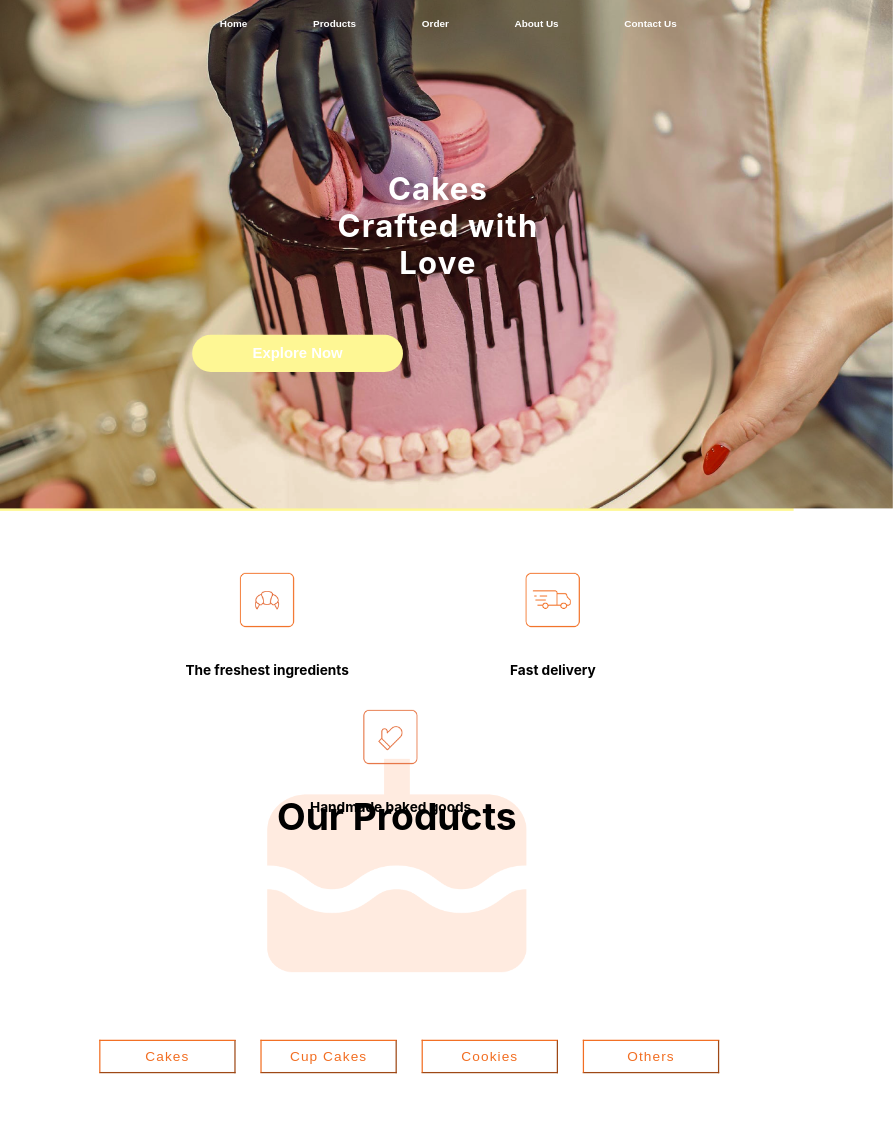
Repository: MEROO1010/cake-box
Page: /
The author's editor kept a copy of each file at every save. The page is drawn from the files as they stood at one save, then again after a run of saves.
The browser window is 1280 px wide. The page is 1440 px wide, so the pictures cover 1440 px, including what lies to the right of the window. The pictures show the whole page, at 62% of full size.
The project was rebuilt for these pictures with package versions that can differ from the ones it lists, and the page was loaded fresh each time.

Above is the page before, as saved 2023-11-10 09:28:03.

### src/App.js
import './App.css';
import HomePage from './components/HomePage';
import Products from './components/Products';

function App() {
  return (
    <div className="App">
      <HomePage/>
      <Products/>
    </div>
  );
}

export default App;

### src/components/HomePage.jsx
import React from 'react';
import homePageImage from '../images/HomePage.png';
import logo from '../images/cake box.png'
import styled from 'styled-components';

const HomePage = () => {
  return (
    <Container>
      <IMAGE>
        <img src={homePageImage} alt='Home Page' />
      </IMAGE>

      {/*add the logo*/}
      <LOGO>
        <img src={logo} alt="logo design" />
      </LOGO>

      {/*Add the header*/}
      <ListWrapper>
      <ul>
        <ListItem>
          <ListLink href="#">Home</ListLink>
        </ListItem>
        <ListItem>
          <ListLink href="#">Products</ListLink>
        </ListItem>
        <ListItem>
          <ListLink href="#">Order</ListLink>
        </ListItem>
        <ListItem>
          <ListLink href="#">About Us</ListLink>
        </ListItem>
        <ListItem>
          <ListLink href="#">Contact Us</ListLink>
        </ListItem>
      </ul>
    </ListWrapper>


      {/*Add the h1*/}
      <MainTitle>
      <div>
        <h1>Cakes Crafted with Love</h1>
      </div>
      </MainTitle>

      {/*Add the Button*/}
      <ExploreNow>
        <button>Explore Now</button>
      </ExploreNow>
    </Container>
  );
};

export default HomePage;

const Container = styled.div`
`

const IMAGE = styled.div`
 max-width:100%;
 width: 100%;
 height: 100%;
 background-size: cover;
 background-position: center;
 background-repeat: no-repeat;
 background-color:#FEF794;
`

const LOGO = styled.div `
   position: absolute;
  top: 16px;
  right: 860px;
  padding-left:40px;
  width: 1015px;
  height: 519px;
  object-fit: cover;
`

const ListWrapper = styled.div`
  font-family: Arial, sans-serif;
  font-weight: bold;
  margin: 0;
  padding: 0;
  position: absolute;
  top: 0;
  left: 0;
  width: 100%;
`;

const ListItem = styled.li`
  list-style: none;
  display: inline-block;
  margin-right: 80px;
  padding-left:6px;
  top:14px;
  left:100px;
  position: relative;
`;

const ListLink = styled.a`
  text-decoration: none;
  color: #fff;
  padding: 5px 10px;


  &:hover {
    color: #FEF794;
  }
`;

const MainTitle = styled.div `
position: absolute;
  top: 240px;
  left: 533px;
  font-size: 25px;
  letter-spacing: 0.08em;
  font-weight: 800;
  color: #fff;
  display: inline-block;
  width: 347px;
  text-shadow: 9px 4px 4px rgba(0, 0, 0, 0.25);

`

const ExploreNow = styled.div`
  button{
    position: absolute;
    margin:500px 620px ;
    top:40px;
    right:10px;
    color:black;
    width:340px;
    height:60px;
    border-radius:40px;
    background-color:#FEF794;
    border:none;
    font-size:24px;
    font-weight:bold;
    color:white;
    cursor: pointer;
  }
`;

### src/components/Products.jsx
import React from 'react'
import styled from 'styled-components';
import CAKEVECTOR from '../images/cake_vector.png'
import CROISSANT from '../images/croissant.png'
import CAR from '../images/car.png'
import GLAVES from '../images/glaves.png'



const Products = () => {
  return (
    <Container>
      <CakeVector>
         <img src={CAKEVECTOR} alt=''/>
         <h1>Our Products</h1>
      </CakeVector>

      <FirstList>
        <ul>
            <li>
                <img src={CROISSANT} alt=''/>
                <h6>The freshest ingredients</h6>
            </li>

            <li>
                <img src={CAR} alt=''/>
                <h6>Fast delivery</h6>
            </li>

            <li>
                <img src={GLAVES} alt=''/>
                <h6>Handmade baked goods</h6>
            </li>
        </ul>
      </FirstList>

      <SecondList>
          <ul>
            <li><button>Cakes</button></li>
            <li><button>Cup Cakes</button></li>
            <li><button>Cookies</button></li>
            <li><button>Others</button></li>
          </ul>
      </SecondList>
    </Container>
  )
}

export default Products;


const Container = styled.div`
`

const CakeVector = styled.div`
  img{
    position: relative;
    top: 400px;
  }

  h1{
    position: relative;
    font-size:60px;
    top:68px;
  }

`

const FirstList = styled.div `
  li{
    position:relative;
    list-style: none;
  display: inline-block;
  margin-left:60px;
  padding-left:200px;
  right:160px;
  bottom:400px;
  }

  h6{
    font-size:22px;
  }
`

const SecondList =styled.div `
  li{
    position:relative;
    list-style: none;
  display: inline-block;
  margin-left:60px;
  padding-left:200px;
  right:160px;
  bottom:400px;
  }

  button{
    position: absolute;
  top: 280px;
  left: 120px;
  font-size: 22px;
  letter-spacing: 0.08em;
  font-weight: 500;
  color: #F26E22;
  background-color: white;
  border-color:#F26E22;
  padding: 12px 28px;
  margin-right:200px ;
  width:220px;



  }
`

### src/images/data.json
[
    {
      "id": 1,
      "title": "chocolateCake",
      "description": "Chocolate cake"
    },
    {
      "id": 2,
      "title": "Cookies",
      "description": "cookies"
    },
    {
      "id": 3,
      "title": "pinkCupCake",
      "description": "pink cup cake"
    },
    {
        "id": 4,
        "title": "BlueCupCake ",
        "description": "blue cup cake"
      },
      {
        "id": 5,
        "title": "Cake",
        "description": "cake"
      }
  ]

Loaded but not shown: public/index.html (common file); src/index.js (common file); src/index.css (common file); src/App.css (common file)

After the next 3 saves:
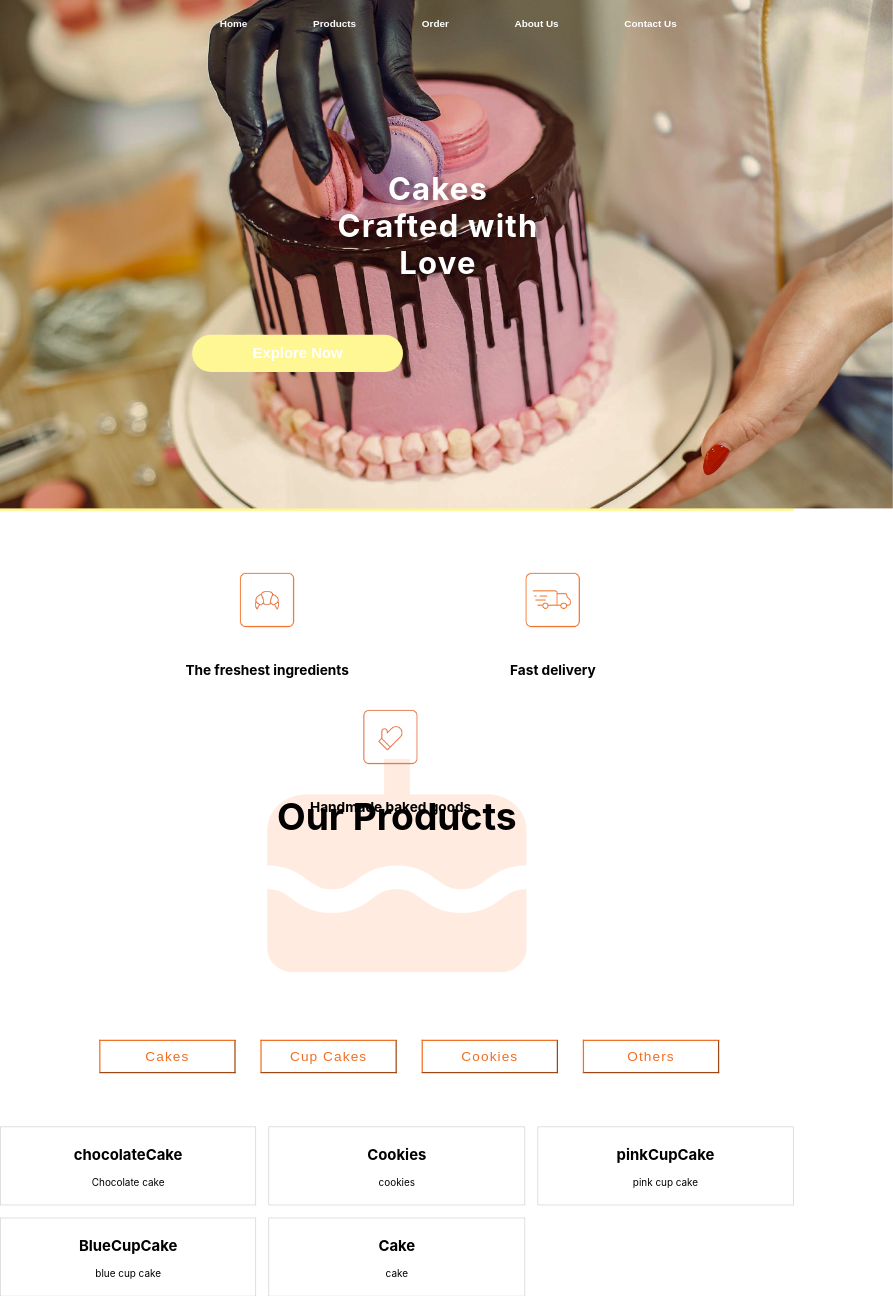
The 3 saves are shown as one change because 2 did not build or start.
The last was saved 5 min 40 s later.
--- a/src/components/Products.jsx
+++ b/src/components/Products.jsx
@@ -4,6 +4,7 @@
 import CROISSANT from '../images/croissant.png'
 import CAR from '../images/car.png'
 import GLAVES from '../images/glaves.png'
+import data from '../images/data.json';
 
 
 
@@ -42,6 +43,15 @@
             <li><button>Others</button></li>
           </ul>
       </SecondList>
+
+      <GridContainer>
+      {data.map(item => (
+        <GridItem key={item.id}>
+          <h2>{item.title}</h2>
+          <p>{item.description}</p>
+        </GridItem>
+      ))}
+    </GridContainer>
     </Container>
   )
 }
@@ -111,3 +121,14 @@
 
   }
 `
+
+const GridContainer = styled.div`
+  display: grid;
+  grid-template-columns: repeat(3, 1fr);
+  gap: 20px;
+`;
+
+const GridItem = styled.div`
+  border: 1px solid #ccc;
+  padding: 10px;
+`;
